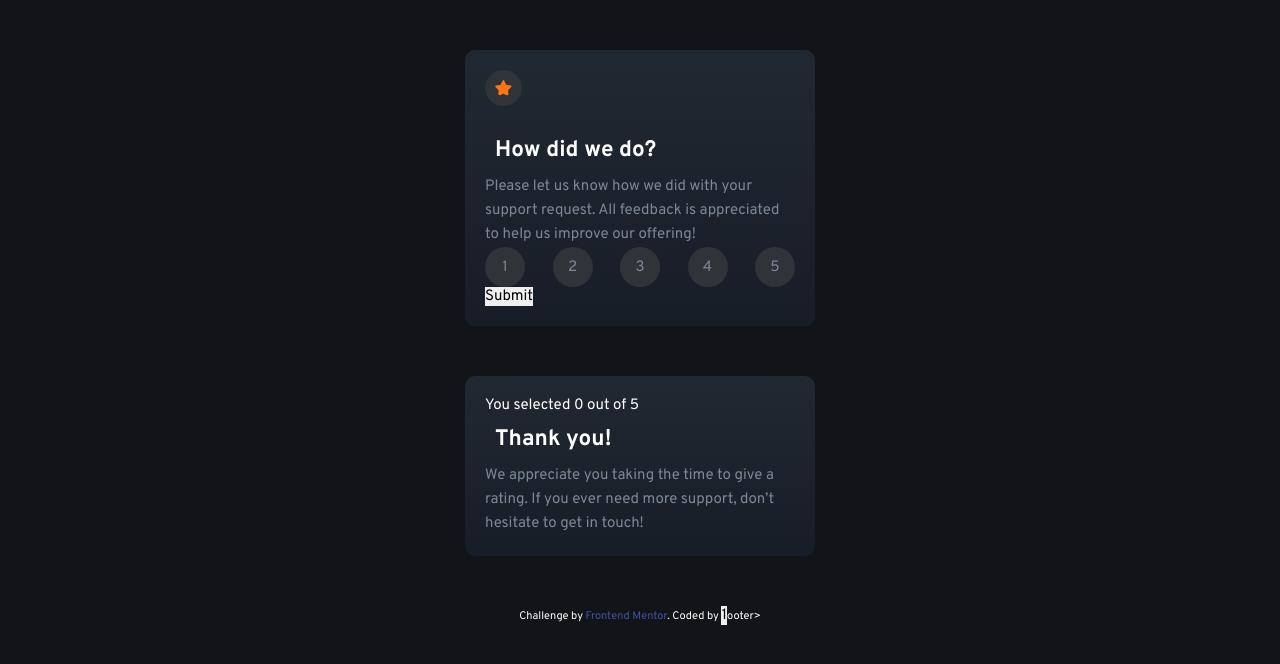
Repository: huynhnhutanhduy/interactive-rating-component
Page: index.html
These files come from the project's save history. The page is drawn as it stood at one moment and after the next save; the edit follows.
The browser window is 1280 px wide. The pictures show the whole page.

Above is the page before, as saved 2022-10-19 10:30:48.

After the next save:
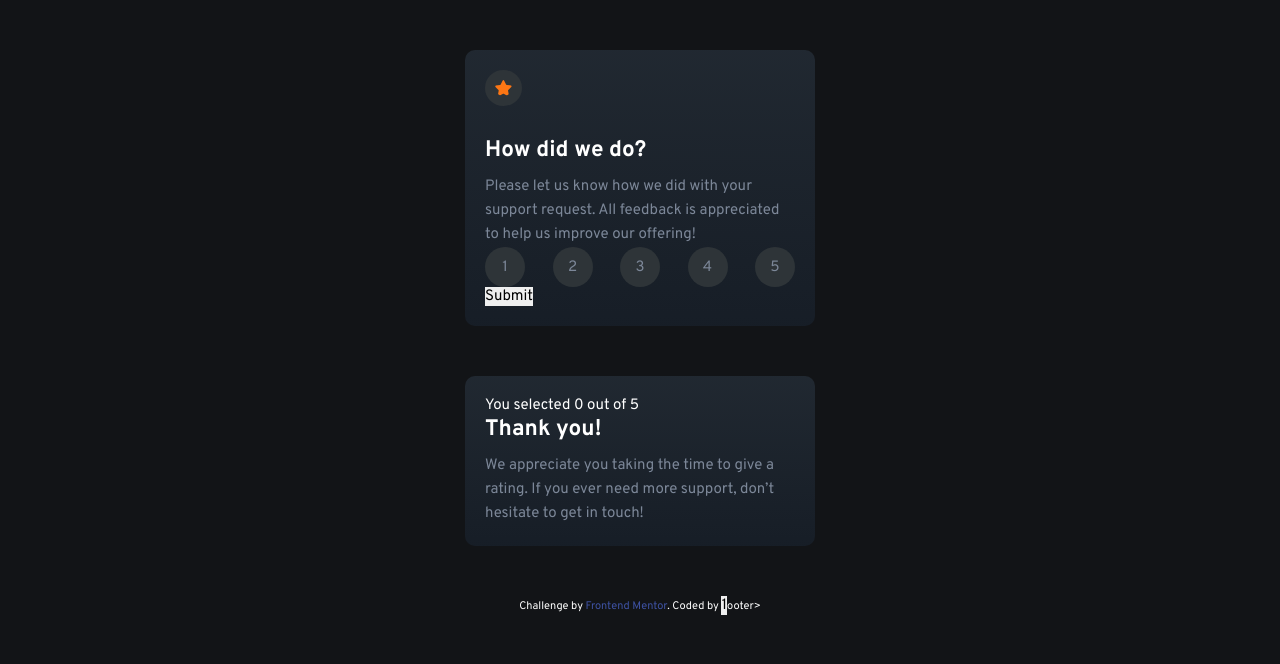
Saved 33 s later.
--- a/app.css
+++ b/app.css
@@ -65,7 +65,7 @@ button {
   padding: 1rem;
 }
 .rating-title {
-  margin: 1rem;
+  margin-bottom: 1rem;
 }
 .rating-desc,
 .rating-item {
